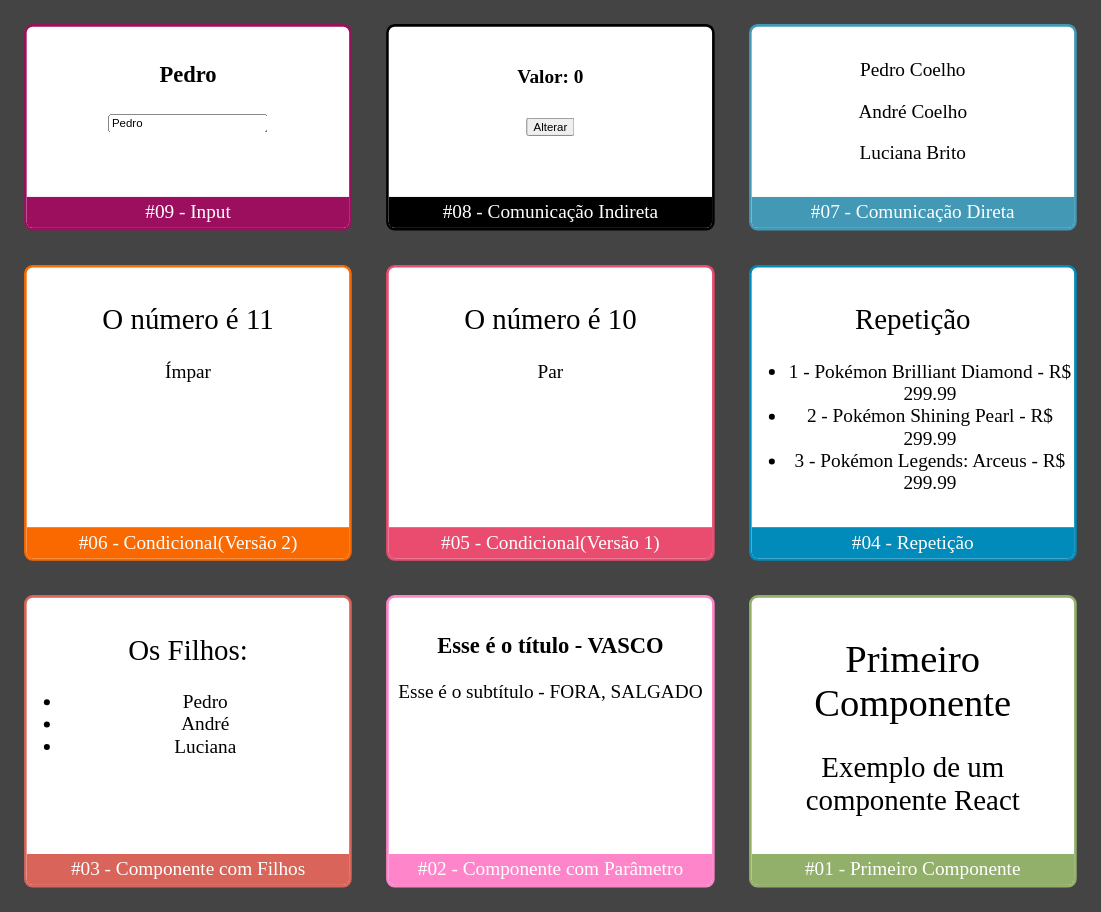
Repository: PedroHQCoelho/fundamentos-react
Page: /
These files come from the project's save history. The page is drawn as it stood at one moment and after the next save; the edit follows.
The browser window is 1280 px wide. The pictures show the whole page, at 86% of full size.
The project was rebuilt for these pictures with package versions that can differ from the ones it lists, and the page was loaded fresh each time.

Above is the page before, as saved 2021-12-16 12:45:18.

After the next save:
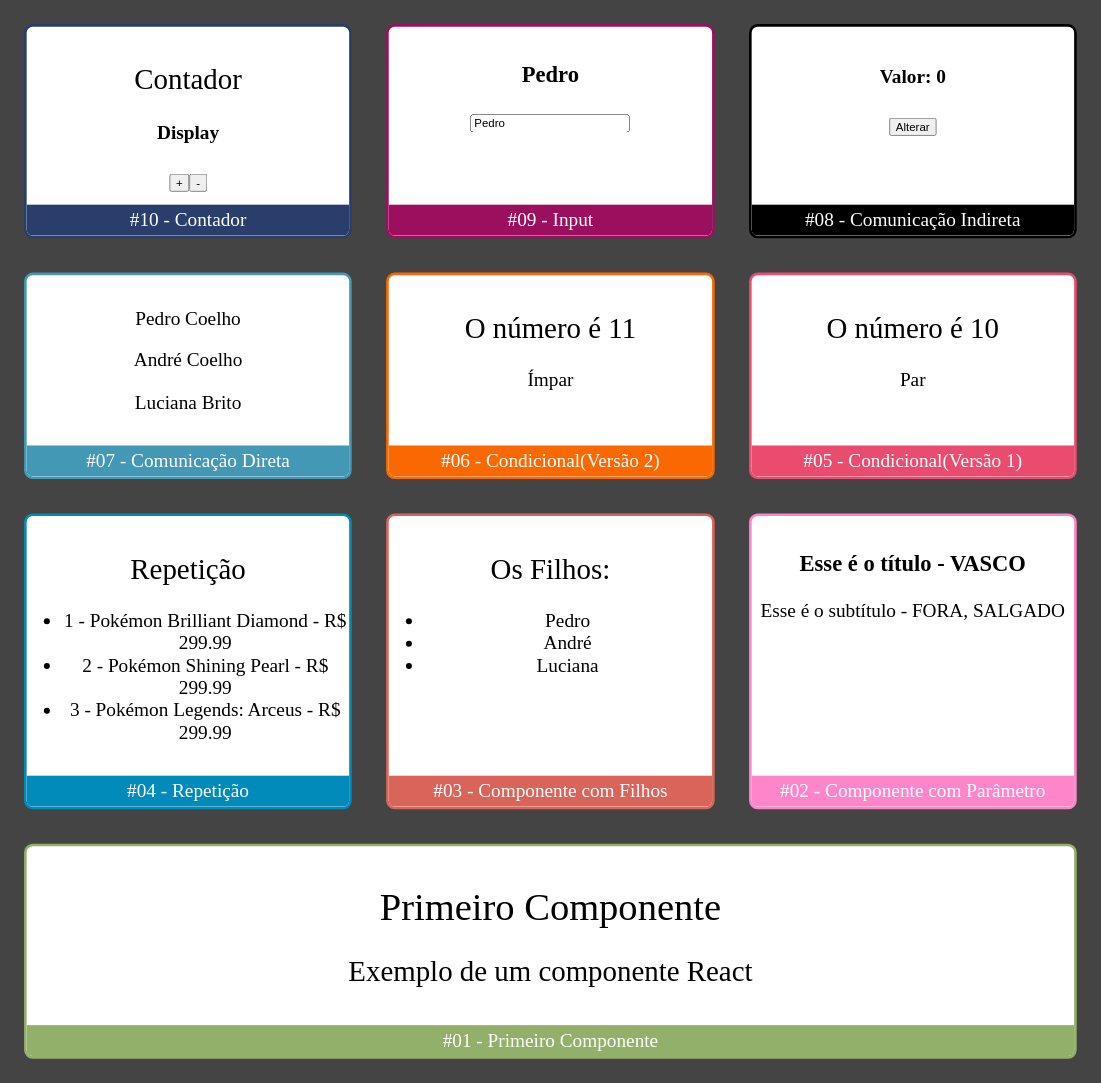
Saved 104 s later.
--- a/src/App.jsx
+++ b/src/App.jsx
@@ -11,9 +11,13 @@ import CondicionalComIf from './components/basicos/CondicionalComIf'
 import Pai from './components/comunicacao/direta/Pai'
 import Super from './components/comunicacao/indireta/Super'
 import Input from './components/form/Input'
+import Contador from './components/contador/Contador'
 
 export default (props) =>(
     <div className="App">
+        <Card titulo="#10 - Contador" color="#293E6A">
+            <Contador/>
+        </Card>
         <Card titulo="#09 - Input" color="#9C0F5F">
             <Input/>
         </Card>
